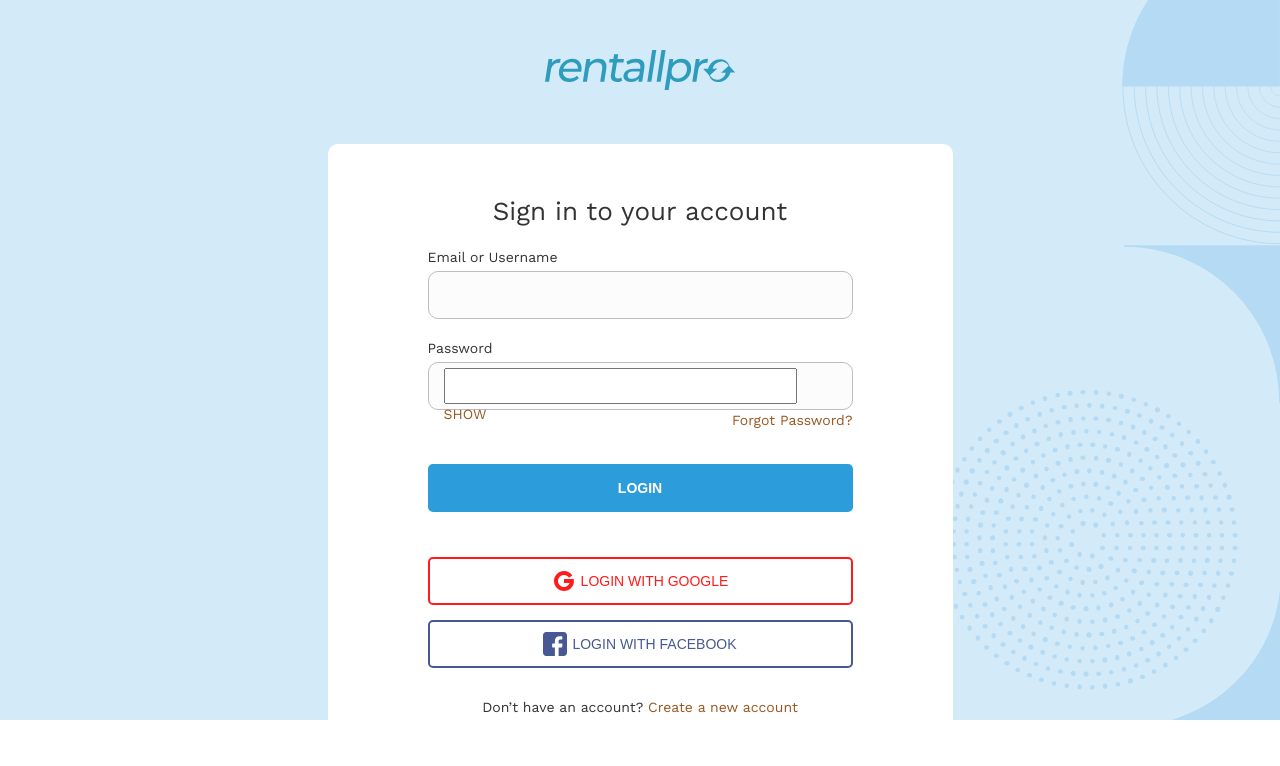
Repository: RentallPro/rentallpro-frontend
Page: /
The author's editor kept a copy of each file at every save. The page is drawn from the files as they stood at one save, then again after the next save.
The browser window is 1280 px wide. The pictures show the whole page.
The project was rebuilt for these pictures with package versions that can differ from the ones it lists, and the page was loaded fresh each time.

Above is the page before, as saved 2020-12-10 00:19:38.

After the next save:
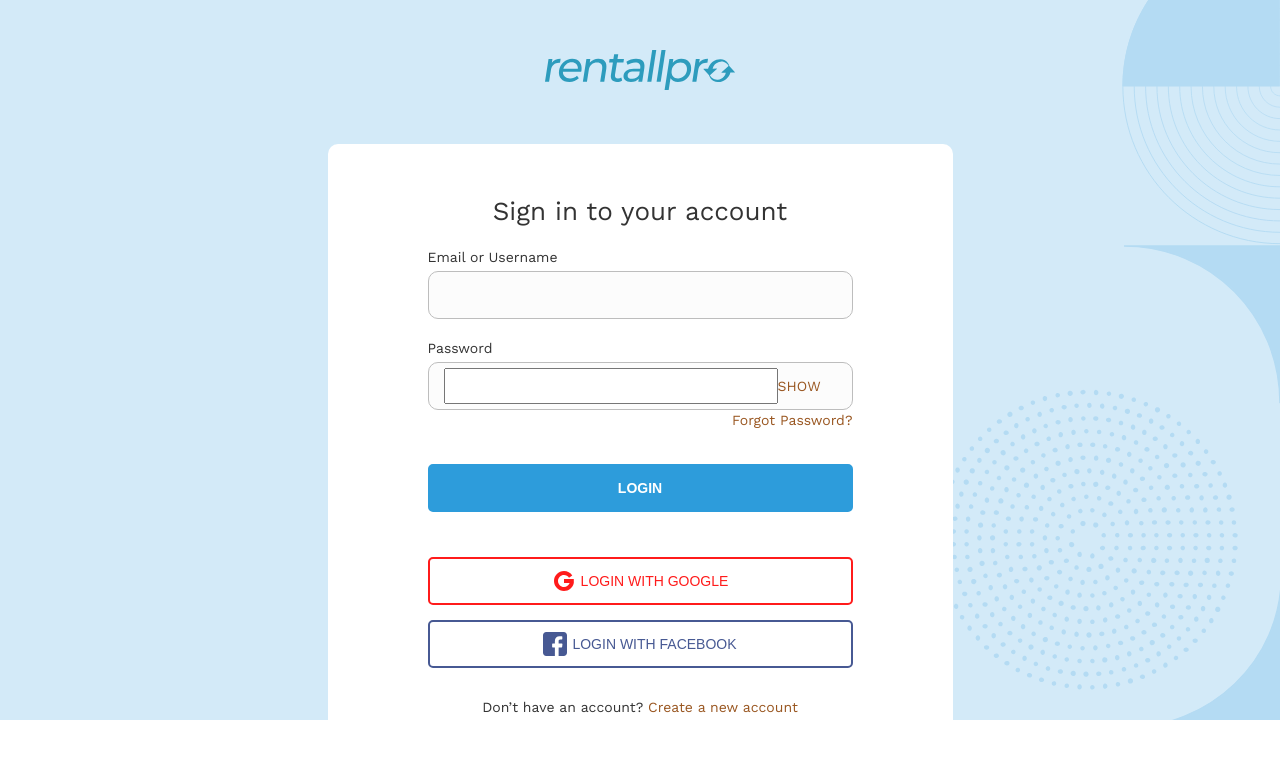
Saved 14 s later.
--- a/src/views/Auth/Home.scss
+++ b/src/views/Auth/Home.scss
@@ -70,7 +70,7 @@
                     padding: 5px 15px;
                     .password-input {
                         height: 100%;
-                        width: 90%;
+                        width: 85%;
                     }
                     span {
                         font-style: normal;
